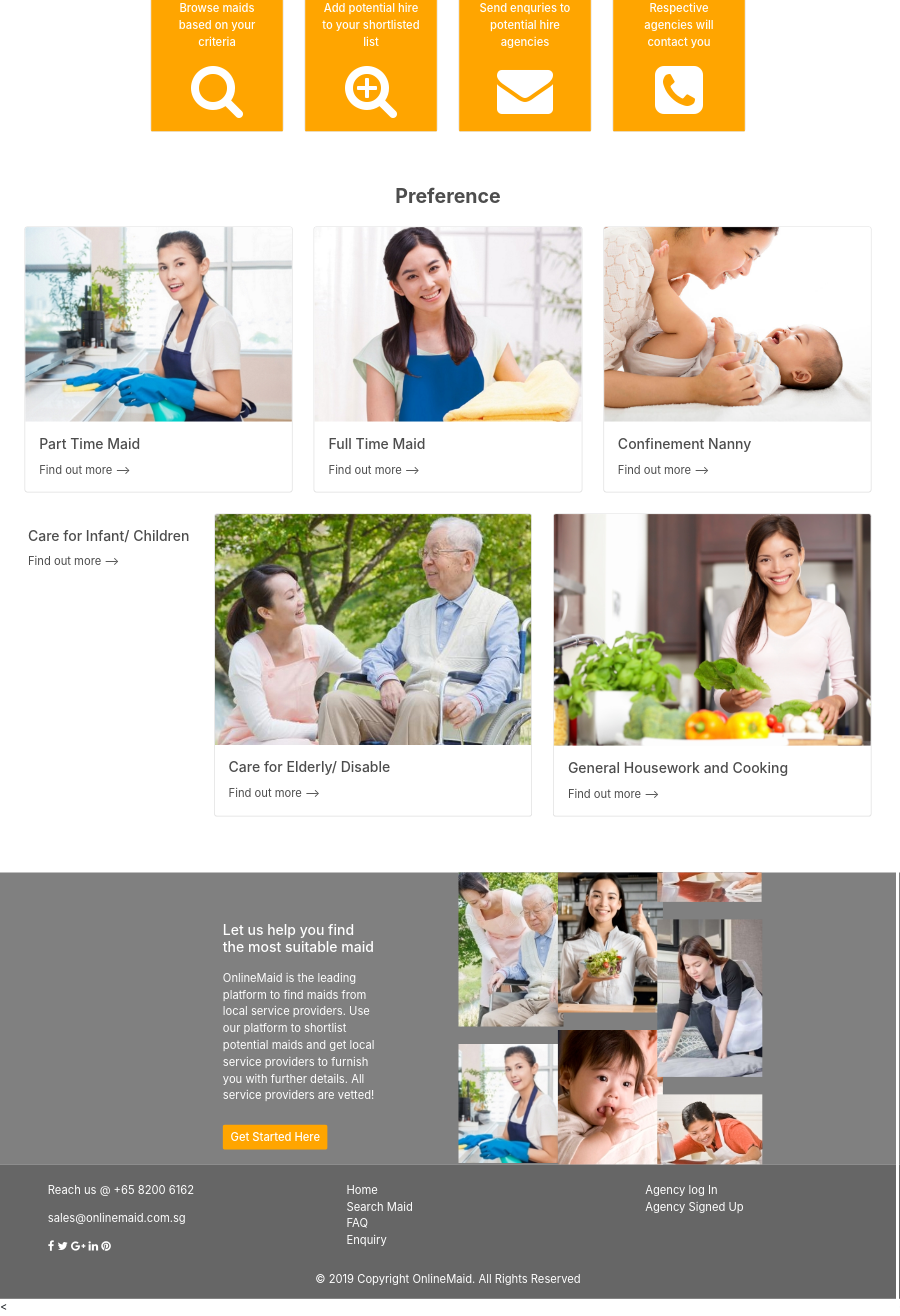
Repository: Code-Institute-Submissions/Project-1---Online-Maid
Page: index.html
The author's editor kept a record of every edit. The page is drawn from the files as they stood at one moment, then again after the next edit.
The browser window is 1280 px wide. The page is 1285 px wide, so the pictures cover 1285 px, including what lies to the right of the window. The pictures show the part of the page from y = 798 to 2678 px (the page is 2678 px tall before and 2626 px after), at 70% of full size.
Some web libraries are served in a nearby version.

Above is the page before.

### index.html
<!DOCTYPE html>
<html lang="en">
<head>
    <meta charset="UTF-8">
    <meta name="viewport" content="width=device-width, initial-scale=1.0">
    <meta http-equiv="X-UA-Compatible" content="ie=edge">
    <link rel="stylesheet" href="https://stackpath.bootstrapcdn.com/bootstrap/4.3.1/css/bootstrap.min.css" type="text/css" />
    <link rel="stylesheet" href="https://stackpath.bootstrapcdn.com/font-awesome/4.7.0/css/font-awesome.min.css" type="text/css" />
    <link rel="stylesheet" href="https://cdnjs.cloudflare.com/ajax/libs/hover.css/2.1.1/css/hover-min.css" type="text/css" />
    <link rel="stylesheet" href="style.css" type="text/css" />
    <title>Online Maid</title>
</head>

<body>

<header>
  <nav class="navbar navbar-expand-lg navbar-light">
  <a class="navbar-brand" href="#"><img id="logo" class="pl-4 img-fluid d-md-block" src="images/logo.jpg" alt=""></a>
  <button class="navbar-toggler" type="button" data-toggle="collapse" data-target="#navbarSupportedContent" aria-controls="navbarSupportedContent" aria-expanded="false" aria-label="Toggle navigation">
    <span class="navbar-toggler-icon"></span>
  </button>

  <div class="collapse navbar-collapse" id="navbarSupportedContent">
    <ul class="navbar-nav mr-auto">
      <li class="nav-item active">
        <a class="nav-link" href="index.html">Home</a>
      </li>
      <li class="nav-item">
        <a class="nav-link" href="search.html">Search Maid</a>
      </li>
      <li class="nav-item">
        <a class="nav-link" href="faq.html">FAQ</a>
      </li>
      <li class="nav-item">
        <a class="nav-link" href="enquiry.html">Enquiry</a>
      </li>
    </ul>
  </div>
</nav>
</header>

<article>
  <section>
  <div class="jumbotron">
        <h1 class= "maids-portal">The No 1 Singapore Maid Portal</h1>
        <p class= "getStarted">More than 8000 maids for you to choose<br>Start your search now!</br></p>

  <div class="form-row">
      <div class = "col"></div>
      <div class="choose-type col-md-2 px-0">
        <select id="inputState" class="form-control">
        <option selected>Choose Type</option>
        <option>New</option>
        <option>Transfer</option>
        <option>Experience</option>
        <option>No Preference</option>
        </select>
      </div>

      <div class="nationality col-md-2 px-0">
        <select id="inputState" class="form-control">
        <option selected>Nationality</option>
        <option>Filipino</option>
        <option>Indonesian</option>
        <option>Indian</option>
        <option>Myanmarese</option>
        <option>Others</option>
        <option>No Preference</option>
        </select>
      </div>

      <div class="main-responsibility col-md-2 px-0">
        <select id="inputState" class="form-control">
        <option selected>Main Responsibility</option>
        <option>General housework</option>
        <option>Care for children</option>
        <option>Care for elderly</option>
        <option>Care for disabled</option>
        <option>Cooking</option>
        <option>No Preference</option>
        </select>
      </div>

      <button type="button" class="btn">Search</button>
      <div class = "col"></div>
  </div>
  </div>
  </section>

  <section>
    <h3 class="section-header">Steps</h3>
    <p class="steps-line">Create a shortlisted of potential maids and get the agencies to contact you directly</p>

    <div class="card-deck four-steps-container ">
      <div class="card">
        <div class="card-body steps-box">
          <p class="card-title">STEP 1</p>
          <p class="card-text">Browse maids based on your criteria</p>
          <i class="fa fa-search fa-5x"></i>
        </div>
      </div>

      <div class="card">
        <div class="card-body steps-box">
          <P class="card-title">STEP 2</P>
          <p class="card-text">Add potential hire to your shortlisted list</p>
          <i class="fa fa-search-plus fa-5x"></i>
        </div>
      </div>

      <div class="card">
        <div class="card-body steps-box">
          <p class="card-title">STEP 3</p>
          <p class="card-text">Send enquries to potential hire agencies</p>
          <i class="fa fa-envelope fa-5x"></i>
        </div>
      </div>

      <div class="card">
        <div class="card-body steps-box">
          <p class="card-title">STEP 4</p>
          <p class="card-text">Respective agencies will contact you</p>
          <i class="fa fa-phone-square fa-5x"></i>
        </div>
      </div>
    </div>
  </section>

  <section>
    <h3 class="section-header">Preference</h3>

    <div class="card-deck six-choices">
      <div class="card">
        <img class="card-img-top" src="images/partTime1.jpg" alt="Card image cap">
        <div class="card-body maid-experience">
          <h5 class="card-title">Part Time Maid</h5>
          <p class="card-text">Find out more --></p>
        </div>
      </div>

      <div class="card">
        <img class="card-img-top" src="images/fullTime1.jpg" alt="Card image cap">
        <div class="card-body maid-experience">
          <h5 class="card-title">Full Time Maid</h5>
          <p class="card-text">Find out more --></p>
        </div>
      </div>

      <div class="card">
        <img class="card-img-top" src="images/confinement.jpg" alt="Card image cap">
        <div class="card-body maid-experience">
          <h5 class="card-title">Confinement Nanny</h5>
          <p class="card-text">Find out more --></p>
        </div>
      </div>
    </div>

    <div class="card-deck six-choices">
      <div class="card>
        <img class="card-img-top" src="images/childrenCare1.jpg" alt="Card image cap">
        <div class="card-body maid-experience">
          <h5 class="card-title">Care for Infant/ Children</h5>
          <p class="card-text">Find out more --></p>
        </div>
      </div>

      <div class="card">
        <img class="card-img-top" src="images/elderlyCare1.jpg" alt="Card image cap">
        <div class="card-body maid-experience">
          <h5 class="card-title">Care for Elderly/ Disable</h5>
          <p class="card-text">Find out more --></p>
        </div>
      </div>

      <div class="card">
        <img class="card-img-top" src="images/cooking1.jpg" alt="Card image cap">
        <div class="card-body maid-experience">
          <h5 class="card-title">General Housework and Cooking</h5>
          <p class="card-text">Find out more --></p>
        </div>
      </div>
    </div>
  </section>

  <section>
    <div class="row enquiry-container">
  <div class="col-2 enquiry-box-1"></div>

  <div class="col-4 enquiry-box-2">
      <h5 class ="enquiry-header">Let us help you find the most suitable maid</h5>
      <p class ="enquiry-content">OnlineMaid is the leading platform to find maids from local service providers.  Use our platform to shortlist potential maids and get local service providers to furnish you with further details. All service providers are vetted!</p>
      <button type="button" class="btn enquiry-btn">Get Started Here</button>
    </div>

  <div class="col-4 enquiry-box-3">
      <div class="row picture-container">

        <div class="col-4 picture-col-1">
          <img class="card-img-top-1" src="images/enquiry1a.jpg" alt="Card image cap">
          <img class="card-img-top-2" src="images/enquiry2a.jpg" alt="Card image cap">
        </div>

        <div class="col-4 picture-col-2">
          <img class="card-img-top-3" src="images/enquiry3a.jpg" alt="Card image cap">
          <img class="card-img-top-4" src="images/enquiry4a.jpg" alt="Card image cap">
        </div>

        <div class="col-4 picture-col-3">
          <img class="card-img-top-5" src="images/enquiry5a.jpg" alt="Card image cap">
          <img class="card-img-top-6" src="images/enquiry6a.jpg" alt="Card image cap">
          <img class="card-img-top-7" src="images/enquiry7a.jpg" alt="Card image cap">
        </div>
      </div>
  </div>

  <div class="col-2 enquiry-box-4"></div>

</div>
  </section>


</article>



<footer class="page-footer font-small footer-style pt-4">
  <div class="container-fluid text-center text-md-left">
    <div class="row d-flex justify-content-around">

      <div class="col-md-3 mt-md-0 mt-3">
        <p class="">Reach us @ +65 8200 6162</p>
        <p>sales@onlinemaid.com.sg</p>

        <!-- social -->
        <a href="#" class="social so1 fa fa-facebook"></a>
        <a href="#" class="social fa fa-twitter"></a>
        <a href="#" class="social fa fa-google-plus"></a>
        <a href="#" class="social fa fa-linkedin"></a>
        <a href="#" class="social fa fa-pinterest"></a>
      </div>

      <div class="col-md-3 mb-md-0 mb-3">
        <ul class="list-unstyled">
          <li>
            <a href="index.html">Home</a>
          </li>
          <li>
            <a href="searchMaid.html">Search Maid</a>
          </li>
          <li>
            <a href="faq.html">FAQ</a>
          </li>
          <li>
            <a href="enquiry.html">Enquiry</a>
          </li>
        </ul>
      </div>

      <div class="col-md-3 mb-md-0 mb-3">
        <ul class="list-unstyled">
          <li>
            <a href="searchMaid.html">Agency log In</a>
          </li>
          <li>
            <a href="searchMaid.html">Agency Signed Up</a>
          </li>
        </ul>
      </div>

    </div>
  </div>

  <div class="footer-copyright text-center py-3">© 2019 Copyright OnlineMaid.  All Rights Reserved</div>
</footer>



<
    <script src="https://code.jquery.com/jquery-3.3.1.slim.min.js" integrity="sha384-q8i/X+965DzO0rT7abK41JStQIAqVgRVzpbzo5smXKp4YfRvH+8abtTE1Pi6jizo" crossorigin="anonymous"></script>
    <script src="https://cdnjs.cloudflare.com/ajax/libs/popper.js/1.14.7/umd/popper.min.js" integrity="sha384-UO2eT0CpHqdSJQ6hJty5KVphtPhzWj9WO1clHTMGa3JDZwrnQq4sF86dIHNDz0W1" crossorigin="anonymous"></script>
    <script src="https://stackpath.bootstrapcdn.com/bootstrap/4.3.1/js/bootstrap.min.js" integrity="sha384-JjSmVgyd0p3pXB1rRibZUAYoIIy6OrQ6VrjIEaFf/nJGzIxFDsf4x0xIM+B07jRM" crossorigin="anonymous"></script>
</body>
</html>

### style.css
@import url('https://fonts.googleapis.com/css?family=Roboto:100,200,300,400,500,600,700|Exo:100,200,300,400,500,600,700');

/*overall*/
*{
    padding: 0;
    margin: 0;
    box-sizing: border-box;
}



/*header*/
#logo {
    height: 50px;
    max-width:100%;
}


.nav-item{
    padding: 0px 20px;
    font-weight:600;
    font-size: 18px;
}



/*footer*/
.footer-style{
    background: #666666;
}


.page-footer, .social{
    color:white;
}


.list-unstyled a {
   text-decoration: none;
   color:white;
}


.list-unstyled a:hover {
   color:orange;
}



/*Section 1-Banner*/
.maids-portal {
   text-align: center;
    font-size: 44px;
    font-weight: 600;
}


.getStarted{
    text-align: center;
    font-size: 20px;
    font-weight: 600;
}


.jumbotron {
    background-image: url("images/banner.jpg");
    background-size: cover;
    color: white;
    padding : 120px 0px;
    margin-bottom: 80px;
     }


.form-row {
    padding: 50px 0px 0px 0px;
}


.form-control {
    font-weight: 500;
    color: #808080;
}


.btn {
    background-color: orange;
    font-weight: 500;
    color: white;
    padding: 0px 20px;
}



/*section 2 - 4 Steps*/
.section-header {
    text-align: center;
    margin: 40px 0px 0px 0px ;
    line-height: 25px;
    color: #4d4d4d;
    font-weight: 700;
}


.steps-line{
    text-align: center;
    margin: 20px;
    line-height: 25px;
    color: #4d4d4d;
    font-weight: 400;
    font-size: 18px;
}


.four-steps-container {
    margin: 50px 200px 80px 200px;
}


.steps-box {
    background-color: orange;
    text-align: center;
    color: white;
    font-weight: 500
}


.i{
    font-size: 100px;
}



/*index.html section 3*/
.six-choices {
   margin: 30px 20px 30px 20px;
}



/*section 3- preference*/
.maid-experience {
    color: #4d4d4d;
}



/*section 4 - enquiry-box*/
.enquiry-container {
    min-height: 350px;
    background-color: #808080;
    color: white;
    margin: 80px 0px 0px;
    padding: 0px;
}


.enquiry-header {
    margin: 70px 90px 20px ;
}


.enquiry-content {
 font-size: 16px;
 margin: 0 90px 10px;
}


.enquiry-btn{
    color: #666666;
    background: orange;
    color: white;
    padding: 5px 10px;
    margin: 20px 90px 0px;
}

.card-img-top-1 {
    padding: 0px;
    margin: 0px 0px 25px 0px;
    border: none;
}


.card-img-top-3 {
    padding: 0px;
    margin: 0px 0px 25px 0px;
    border: none;
}


.card-img-top-5 {
    padding: 0px;
    margin: 0px 0px 25px 0px;
    border: none;
}


.card-img-top-6 {
    padding: 0px;
    margin: 0px 0px 25px 0px;
    border: none;
}

After the next edit:
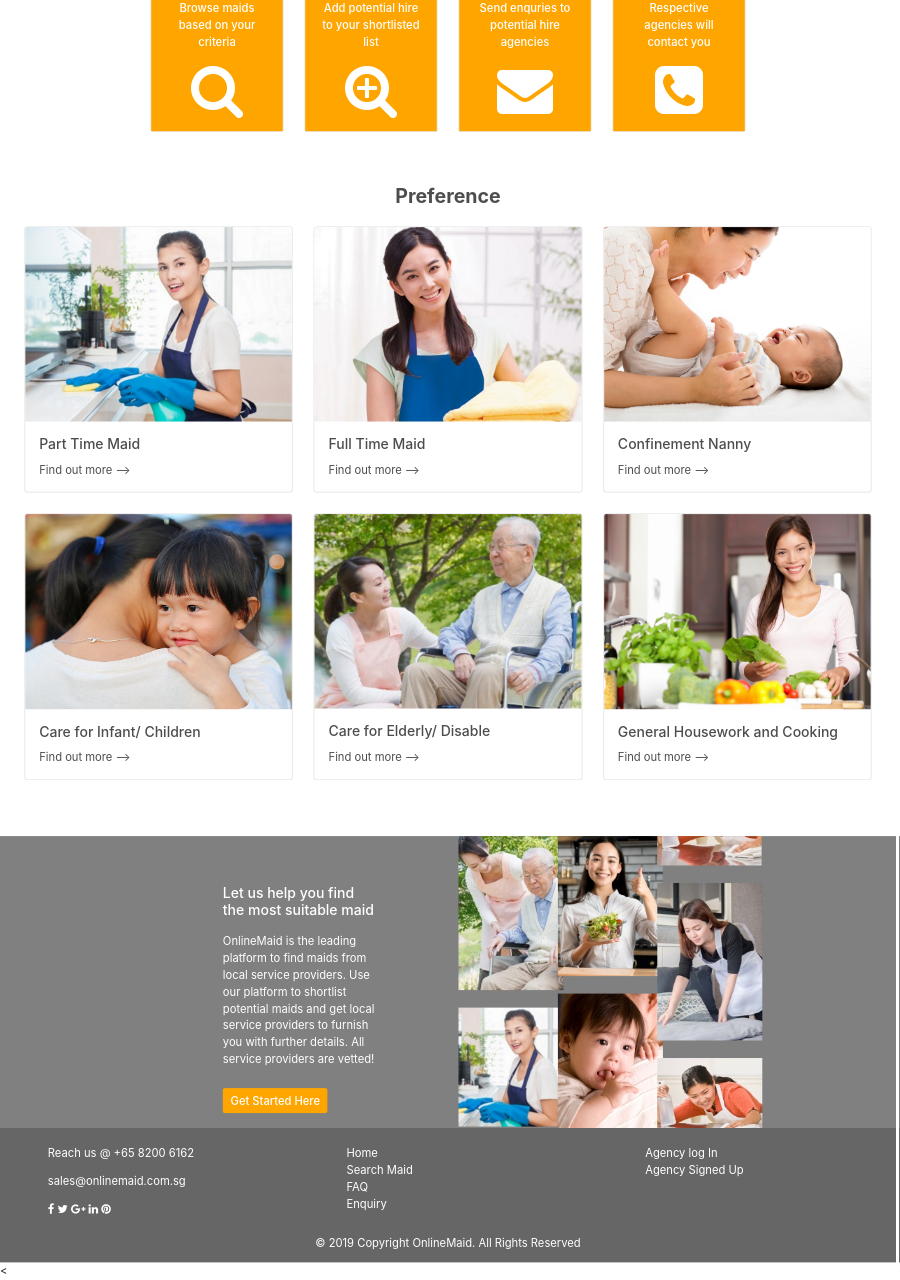
The edit:
--- a/index.html
+++ b/index.html
@@ -156,7 +156,7 @@
     </div>
 
     <div class="card-deck six-choices">
-      <div class="card>
+      <div class="card">
         <img class="card-img-top" src="images/childrenCare1.jpg" alt="Card image cap">
         <div class="card-body maid-experience">
           <h5 class="card-title">Care for Infant/ Children</h5>
